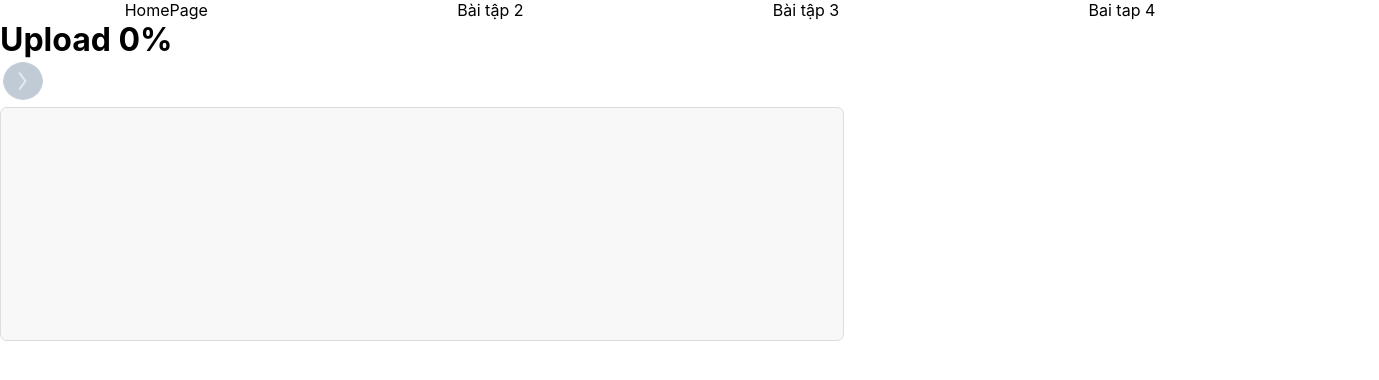
Repository: tungdau93/Training-ReactJS
Page: /bai-tap-3
The author's editor kept a copy of each file at every save. The page is drawn from the files as they stood at one save, then again after the next save.
The browser window is 1280 px wide. The page is 1379 px wide, so the pictures cover 1379 px, including what lies to the right of the window. The pictures show the whole page.
The project was rebuilt for these pictures with package versions that can differ from the ones it lists, and the page was loaded fresh each time. Also part of the build but not shown: src/App.css, src/hooks/useClickOutside.js, src/Assignments/BaiTap2.jsx, src/Components/IconFile.jsx, src/Components/FileUpload.jsx, src/Assignments/HomePage.jsx.

Above is the page before, as saved 2022-10-03 10:26:41.

### src/App.js
import { BrowserRouter, Route, Routes } from "react-router-dom";
import "./App.css";
import BaiTap2 from "./Assignments/BaiTap2";
import BaiTap3 from "./Assignments/BaiTap3";
import HomePage from "./Assignments/HomePage";
import Menu from "./Assignments/Menu";

function App() {
  return (
    <BrowserRouter>
      <Menu />
      <Routes>
        <Route path="/" element={<HomePage />} />
        <Route path="/bai-tap-2" element={<BaiTap2 />} />
        <Route path="/bai-tap-3" element={<BaiTap3 />} />
      </Routes>
    </BrowserRouter>
  );
}

export default App;

### src/Assignments/BaiTap3.jsx
import React from "react";
import "../style/_bai-tap-3.scss";
import { ref, uploadBytesResumable } from "@firebase/storage";
import { storage } from "../firebase";
import { useState, useRef } from "react";
import IconFile from "../Components/IconFile";
import FileUpload from "../Components/FileUpload";

const BaiTap3 = () => {
  const listUploadedRef = useRef();
  const fileUploadedRef = useRef();

  const [files, setFiles] = useState([]);
  const [progress, setProgress] = useState(0);
  const [isSizeValid, setIsSizeValid] = useState(true);
  const [isActive, setIsActive] = useState(true);
  const [isValidNumberOfFiles, setValidNumberOfFiles] = useState(false);

  const RemoveAddFile = [];

  const handleSlide = () => {
    const listUploadedOffsetWidth = listUploadedRef.current?.offsetWidth;
    const listUploadedClientWidth = listUploadedRef.current?.clientWidth;
    const fileUploadedWidth = fileUploadedRef.current?.offsetWidth;
    const removeSpace = listUploadedOffsetWidth- listUploadedClientWidth
    console.log(removeSpace)

    if (listUploadedRef.current && fileUploadedRef.current) {
      listUploadedRef.current.scrollTo({
        left: fileUploadedWidth,
        behavior: "smooth",
      });
    }
  };
  const handleAddFiles = (event) => {
    setValidNumberOfFiles(false);
    const file = event.target.files[0];

    event.preventDefault();
    const fileArray = event.target.files;
    for (var j = 0; j < fileArray.length; j++) {
      if (fileArray[j].size > 10485760) {
        setIsSizeValid(false);
        setIsActive(false);
        return;
      }
    }
    setIsActive(true);
    setIsSizeValid(true);

    const newFiles = [...files];
    for (let k = 0; k < fileArray.length; k++) {
      newFiles.push(fileArray[k]);
    }
    setFiles(newFiles);
  };

  const uploadFiles = (file) => {
    if (!file) return;
    const storageRef = ref(storage, `/files/${file.name}`);
    const uploadTask = uploadBytesResumable(storageRef, file);
    uploadTask.on(
      "state_changed",
      (snapshot) => {
        const prog = Math.round(
          (snapshot.bytesTransferred / snapshot.totalBytes) * 100
        );
        setProgress(prog);
      },
      (err) => console.log(err)
    );
  };

  const handleUpload = (event) => {
    event.preventDefault();

    const newFilesUpload = [...files];
    if (files.length > 0 && files.length <= 4) {
      for (let i = 0; i < newFilesUpload.length; i++) {
        uploadFiles(newFilesUpload[i]);
        console.log(newFilesUpload[i]);
        setFiles(RemoveAddFile);
      }
    } else {
      setValidNumberOfFiles(true);
      setFiles(RemoveAddFile);
      setIsActive(false);
    }
  };

  const handleClose = (index) => {
    const fileSelected = files.filter((file) => file.index === index);
    // console.log(newFiles);
    const newFiles = [...files];
    newFiles.pop(fileSelected);
    setFiles([...newFiles]);
  };

  return (
    <>
      <h1>Upload {progress}%</h1>
      <img
        onClick={handleSlide}
        src={require("../assets/images/submit-icon.png")}
        alt=""
        className="slide-icon"
      />
      <div className={isActive ? "drag-and-drop" : "drag-and-drop--alert"}>
        {/* <form onSubmit={(event) => handleUpload(event)}>
          <label htmlFor="name" className="drag-and-drop-img">
            <img alt="" src={require("../assets/images/upload-icon.png")} />
          </label>
          <label htmlFor="name" className="drag-and-drop-heading">
            Drag and drop files
          </label>
          <label htmlFor="name" className="drag-and-drop-heading--sub-heading">
            Browse Files
          </label>
          <input
            id="name"
            type="file"
            className="input"
            onChange={handleAddFiles}
            multiple
          />
          <button type="submit" className="submit">
            Upload
          </button>
        </form> */}
      </div>

      {isSizeValid ? (
        <div ref={listUploadedRef} className="show-data--hidden">
          {files &&
            files.map((file, index) => {
              // console.log(file.type);
              return (
                <FileUpload
                  handleClose={() => handleClose(index)}
                  key={index}
                  ref={fileUploadedRef}
                  fileType={file.type}
                  fileName={file.name}
                  fileSize={file.size}
                />
              );
            })}
        </div>
      ) : (
        <span className="maximum-files-size">
          The maximum file size is 10MB
        </span>
      )}

      {isValidNumberOfFiles ? (
        <span className="maximum-files-length">
          Maximum length of files is 4
        </span>
      ) : null}
    </>
  );
};

export default BaiTap3;

### src/Assignments/Menu.jsx
  import React from "react";
import { useNavigate } from "react-router-dom";

const styleHomePage={
        display:'flex',
        justifyContent: 'center',
}

const styleUl = {
    display: 'flex',
    justifyContent: 'space-around',
    // ListStyle:"none"
}
const handleMouseOver =(e)=>{
    e.target.style.color = '#DC143C'
}
const handleMouseOut =(e)=>{
    e.target.style.color = '#000'
}

const Menu = () => {
  const navigate = useNavigate();

  const redirectPage = (url) => {
    navigate(url);
  };

  return (
    <div>
      <ul style={styleUl}>
        <li style={{listStyleType:'none'}} onMouseOver={handleMouseOver} onMouseOut={handleMouseOut} onClick={() => redirectPage("/")}>
          <div style={styleHomePage}>HomePage</div>
        </li>
        <li style={{listStyleType:'none'}}  onMouseOver={handleMouseOver} onMouseOut={handleMouseOut} onClick={() => redirectPage("/bai-tap-2")}>
          <div >Bài tập 2</div>
        </li>
        <li style={{listStyleType:'none'}} onMouseOver={handleMouseOver} onMouseOut={handleMouseOut} onClick={() => redirectPage("/bai-tap-3")}>
          <div >Bài tập 3</div>
        </li>
        <li style={{listStyleType:'none'}} onMouseOver={handleMouseOver} onMouseOut={handleMouseOut} onClick={() => redirectPage("/bai-tap-4")}>
          <div >Bai tap 4

          </div>
        </li>
      </ul>
    </div>
  );
};

export default Menu;

### src/style/_bai-tap-2.scss
*{
    padding: 0;
    margin:0;
}
.app {
    background-color:#1E1E1E;
    #title {
        top:-976px;
        left:-1124px;
        color:#a0a0a0;
        width: 2227px;
        height:1933px;
        &:hover{
            color:#99CCFF;
            opacity:.6;
    }
    }
    .app__container{
        width: 2227px; ;
        height: 1933px;
        background-color:#F8F8F8;
        position:relative;
        .app__container--heading{
            display: flex;
            flex-direction: row;
            align-items: center;
            padding: 50px 99px 50px 56px;
            gap: 10px;
            display:block;

            position: absolute;
            width: 2227px;
            height: 140px;
            left: 0px;
            top: 0px;
            background-color:#333333;
            .app__container--heading-name{
                display: flex;
                flex-direction: row;
                align-items: center;
                padding: 0px;
                gap: 30px;

                width: 323px;
                height: 56px;


                /* Inside auto layout */

                flex: none;
                order: 0;
                flex-grow: 0;
                .app__container--heading-name--japanese{
                    width: 144px;
                    height: 56px;

                    font-family: 'Roboto';
                    font-style: normal;
                    font-weight: 700;
                    font-size: 48px;
                    line-height: 56px;




                /* White */

                    color: #FFFFFF;


                /* Inside auto layout */

                    flex: none;
                    order: 0;
                    flex-grow: 0;

                }
                .app__container--heading-name--english{
                    width: 149px;
                height: 38px;

                font-family: 'Roboto';
                font-style: normal;
                font-weight: 400;
                font-size: 32px;
                line-height: 38px;
                /* identical to box height */


                /* White */

                color: #FFFFFF;


                /* Inside auto layout */

                flex: none;
                order: 1;
                flex-grow: 0;
                }
            }
        }
        .app__container--input-wrapper{
    position: relative;
    display: flex;
    flex-direction: column;
    align-items: flex-start;
    padding: 0px;

    position: absolute;
    width: 400px;
    height: 46px;
    left: 379px;
    top: 308px;
    .app__container--input-wrapper--input{
        box-sizing: border-box;

    /* Auto layout */


    display: flex;
    flex-direction: row;
    align-items: center;
    padding: 8px 10px;
    gap: 4px;

    width: 400px;
    height: 49px;

    background: rgba(230, 249, 255, 0.2);
    /* Black / 04 */

    border: 1px solid #DBDBDB;
    border-radius: 4px;

    /* Inside auto layout */

    flex: none;
    order: 0;
    align-self: stretch;
    flex-grow: 0;



            }

     .fa-thin{
    position: absolute;
            }
    .app__container--input-wrapper--dropdown-list{
display: flex;

display:none;
// flex-direction: column;
// align-items: flex-start;
position: absolute;
width: 400px;
height: 128px;
left: 0;
top: 49px;
// background-color: yellow;

filter: drop-shadow(0px 1px 8px rgba(102, 102, 102, 0.25));
border-radius: 4px;
        .app__container--input-wrapper--dropdown-list--item1{
            position: absolute;
            width: 100%;
            height: 49px;
            background: rgba(230, 249, 255, 0.2);
            border-radius: 4px;
            display:block

        }
        .app__container--input-wrapper--dropdown-list--item2{
            position: absolute;
            width: 100%;
            height: 49px;
            border-radius: 4px;
            background: rgba(230, 249, 255, 0.2);
            top: 49px;
            display:block


        }
        .app__container--input-wrapper--dropdown-list--item3{
            position: absolute;
            width: 100%;
            height: 49px;
            border-radius: 4px;
            background: rgba(230, 249, 255, 0.2);
            top:98px;
            display:block


        }

    }
}


    }
}

### src/style/_bai-tap-3.scss

  .slide-icon {
    top: 560px;
    left: 1398px;
    width: 40px;
    height: 38px;
    border-radius: 50%;
    border: solid #fff;
    &:hover {
      border: #107ce0 solid 3px;
    }
  }
  .drag-and-drop {
    display: flex;
    justify-content: center;
    width: 842px;
    height: 232px;
    left: 579px;
    // right: 79.24%;
    top: 249px;
    background: #f8f8f8;
    border: 1px solid #dcdcdc;
    border-radius: 7px;
    z-index: 1;
    .drag-and-drop-img {
      top: 45px;
      left: 381px;
      display: flex;
      position: absolute;
      min-width: 70px;
      min-height: 70px;

      justify-content: center;
      align-items: center;
    }
    .drag-and-drop-heading {
      top: 113px;
      left: 342px;
      display: flex;
      position: absolute;
      min-width: 100px;
      align-items: center;
      justify-content: center;
      font-family: "Noto Sans";
      font-style: normal;
      font-weight: 700;
      font-size: 18px;
      line-height: 22px;
      color: #333333;
    }
    .drag-and-drop-heading--sub-heading {
      top: 137px;
      left: 373px;
      position: absolute;
      min-width: 50px;
      align-items: center;
      justify-content: center;
      font-family: "Noto Sans";
      font-style: normal;
      font-size: 18px;
      line-height: 22px;
      color: #333333;
      text-decoration: underline;
    }
    &:hover {
      border: 1px solid #107ce0;
    }
    .input {
      width: 842px;
      height: 232px;
      position: absolute;
      // right: 79.24%;
      background: #f8f8f8;
      // border: 1px solid #dcdcdc;
      border-radius: 7px;
      z-index: -1;
      color: transparent;

      &::-webkit-file-upload-button {
        display: none;
      }
    }
    .submit {
      position: absolute;
      top: 360px;
      left: 359px;
      width: 113px;
      height: 43px;
      border-radius: 3px;
      z-index: -1;
      border: none;
      &:hover {
        border: 1px solid #107ce0;
      }
    }
    .submit-img {
      position: absolute;
      top: 261px;
      left: 825px;
      width: 32px;
      height: 32px;
      border-radius: 50%;
      z-index: 1;
    }
    .drag-and-drop--upload-icon {
      position: absolute;
      height: 18.67px;
      width: 26.67px;
      top: 64px;
      left: 397.67px;
      right: 417.67px;
      z-index: 1;
    }

  }

  .drag-and-drop--alert {
    width: 842px;
    height: 232px;
    position: relative;
    left: 579px;
    // right: 79.24%;
    top: 249px;
    background: #f8f8f8;
    border: 1px solid  #ED5D5D;
    border-radius: 7px;
    z-index: 1;
    .drag-and-drop-img {
      top: 45px;
      left: 381px;
      display: flex;
      position: absolute;
      min-width: 70px;
      min-height: 70px;

      justify-content: center;
      align-items: center;
    }
    .drag-and-drop-heading {
      top: 113px;
      left: 342px;
      display: flex;
      position: absolute;
      min-width: 100px;
      align-items: center;
      justify-content: center;
      font-family: "Noto Sans";
      font-style: normal;
      font-weight: 700;
      font-size: 18px;
      line-height: 22px;
      color: #333333;
    }
    .drag-and-drop-heading--sub-heading {
      top: 137px;
      left: 373px;
      position: absolute;
      min-width: 50px;
      align-items: center;
      justify-content: center;
      font-family: "Noto Sans";
      font-style: normal;
      font-size: 18px;
      line-height: 22px;
      color: #333333;
      text-decoration: underline;
    }
    &:hover {
      border: 1px solid #107ce0;
    }
    .input {
      width: 842px;
      height: 232px;
      position: absolute;
      // right: 79.24%;
      background: #f8f8f8;
      // border: 1px solid #dcdcdc;
      border-radius: 7px;
      z-index: -1;
      color: transparent;

      &::-webkit-file-upload-button {
        display: none;
      }
    }
    .submit {
      position: absolute;
      top: 360px;
      left: 359px;
      width: 113px;
      height: 43px;
      border-radius: 3px;
      z-index: -1;
      border: none;
      &:hover {
        border: 1px solid #107ce0;
      }
    }
    .submit-img {
      position: absolute;
      top: 261px;
      left: 825px;
      width: 32px;
      height: 32px;
      border-radius: 50%;
      z-index: 1;
    }
    .drag-and-drop--upload-icon {
      position: absolute;
      height: 18.67px;
      width: 26.67px;
      top: 64px;
      left: 397.67px;
      right: 417.67px;
      z-index: 1;
    }


  }

  .invalid {
    position: absolute;
    top: 93px;
    left: 32px;
    width: 24px;
    height: 32px;
    background-color: rgba(255, 0, 0, 0.5);
    border: solid 0.5px rgb(153, 167, 181);
    border-radius: 3px;
  }

.maximum-files-length{
    color: #ED5D5D;
    top: 169px;
    position: relative;
    left: 581px;
}

.maximum-files-size{
  color: #ED5D5D;
  top: 278px;
  position: relative;
  left: 581px;
}

### src/firebase.js
import { initializeApp } from "firebase/app";
import { getStorage } from "firebase/storage";

const firebaseConfig = {
    apiKey: "AIzaSyBDyCwxOmrur5hog0XVVwqIkyzdGhH8h4w",
    authDomain: "fir-upload-d710f.firebaseapp.com",
    projectId: "fir-upload-d710f",
    storageBucket: "fir-upload-d710f.appspot.com",
    messagingSenderId: "230877422747",
    appId: "1:230877422747:web:8e36d237d55b89ca5f923e",
    measurementId: "G-Q111WB6C29"
  };

  export const app = initializeApp(firebaseConfig);
  export const storage = getStorage(app);

### src/style/_file-upload.scss
.show-data--hidden {
  position: relative;
    overflow:auto;
    left: 570px;
    top: 260px;
    width: 809px;
    height: 97px;
    display: flex;
    white-space:  nowrap;


    .alert{
      color: #ED5D5D;
      top:17px;
      position: absolute;
    }

    .show-data--item{
      background: #FFFFFF;
      top:0px;
      left: 45px;
      border: 1px solid #dcdcdc;
      display: flex;
      justify-content: space-between;
      align-items: center;
      min-width: 244px;
      height: 48px;
      border-radius: 3px;
      margin: 12px;

      &:hover {
        border: 1px solid #107ce0;
        border-radius: 3px;
      }
      .show-data__item--icon {
        width: 30px;
        height: 32px;
        margin: 8px 12px;
      }
      .show-data__item--icon--invalid {
        width: 30px;
        height: 32px;
        margin: 8px 12px;
        border: #072e2a solid 1px;
        border-radius: 3px;
        background-color: red;
      }
      .show-data__item--name {
        position: absolute;
        font-family: "Noto Sans";
        font-style: normal;
        margin-left: 48px;
        width:125px;
        .show-data__item--name--heading {
          min-width: 100px;
          height: 16px;
          font-weight: 700;
          font-size: 16px;
          line-height: 16px;
          margin-top: 23px;
        }
        .show-data__item--name--size {
          width: 85px;
          height: 16px;
          color: #666666;
          font-weight: 400;
          font-size: 16px;
          line-height: 14px;
          margin-bottom: 12px;
        }
      }
      .show-data__item--close-button {
        height: 18.67px;
        width: 16.67px;
        margin-right:5px;

      }
    }
  }

Loaded but not shown: public/index.html (common file); src/index.js (common file); src/index.css (common file); src/reportWebVitals.js (common file)

After the next save:
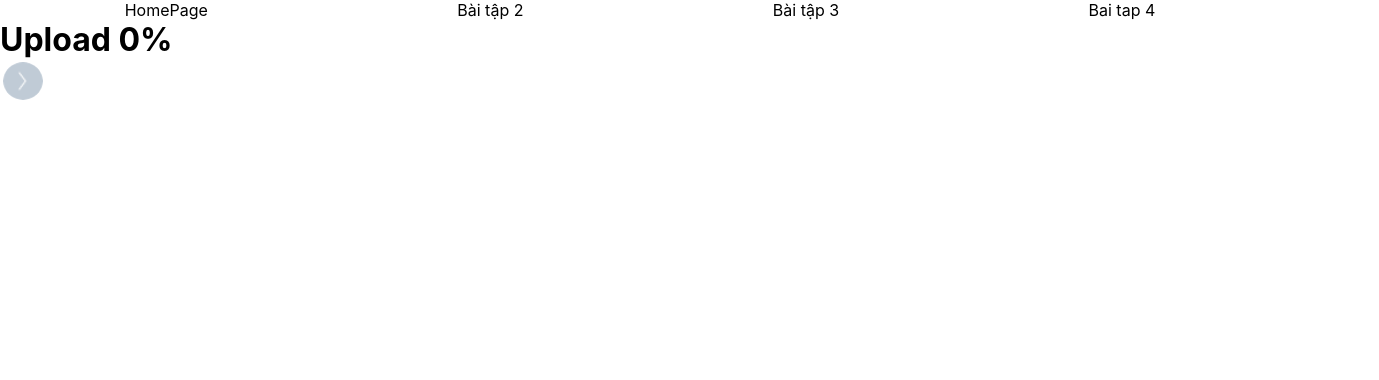
Saved 98 s later.
--- a/src/Assignments/BaiTap3.jsx
+++ b/src/Assignments/BaiTap3.jsx
@@ -105,7 +105,7 @@ const BaiTap3 = () => {
         alt=""
         className="slide-icon"
       />
-      <div className={isActive ? "drag-and-drop" : "drag-and-drop--alert"}>
+      <div>
         {/* <form onSubmit={(event) => handleUpload(event)}>
           <label htmlFor="name" className="drag-and-drop-img">
             <img alt="" src={require("../assets/images/upload-icon.png")} />
